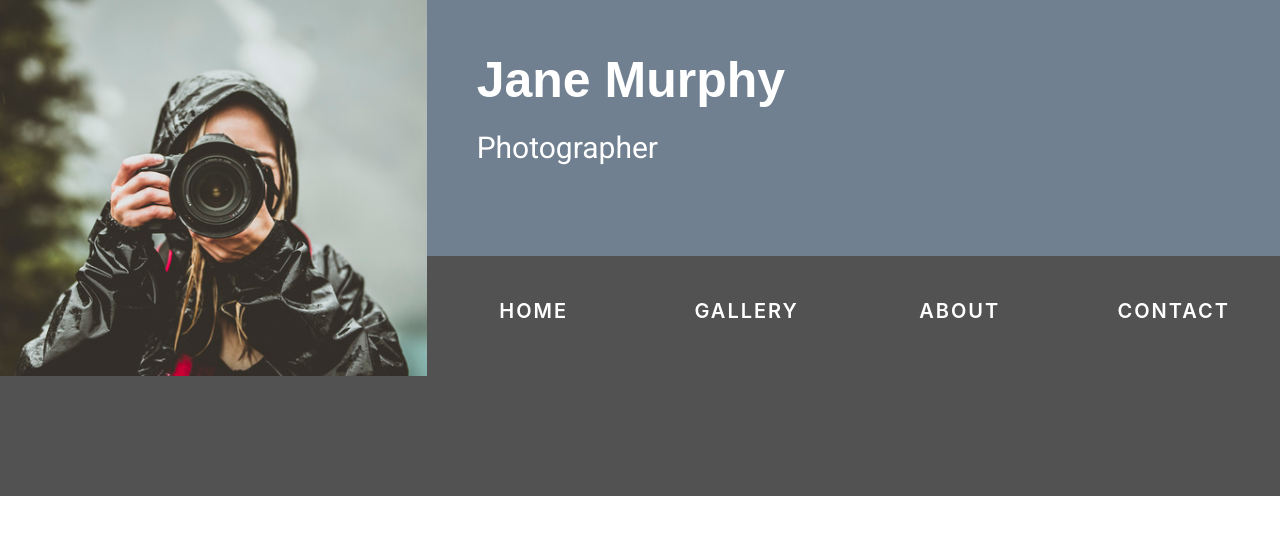
Repository: Code-Institute-Submissions/MrChrisRandall-milestone-1
Page: index.html
The author's editor kept a record of every edit. The page is drawn from the files as they stood at one moment, then again after the next edit.
The browser window is 1280 px wide. The pictures show the whole page.

Above is the page before.

After the next edit:
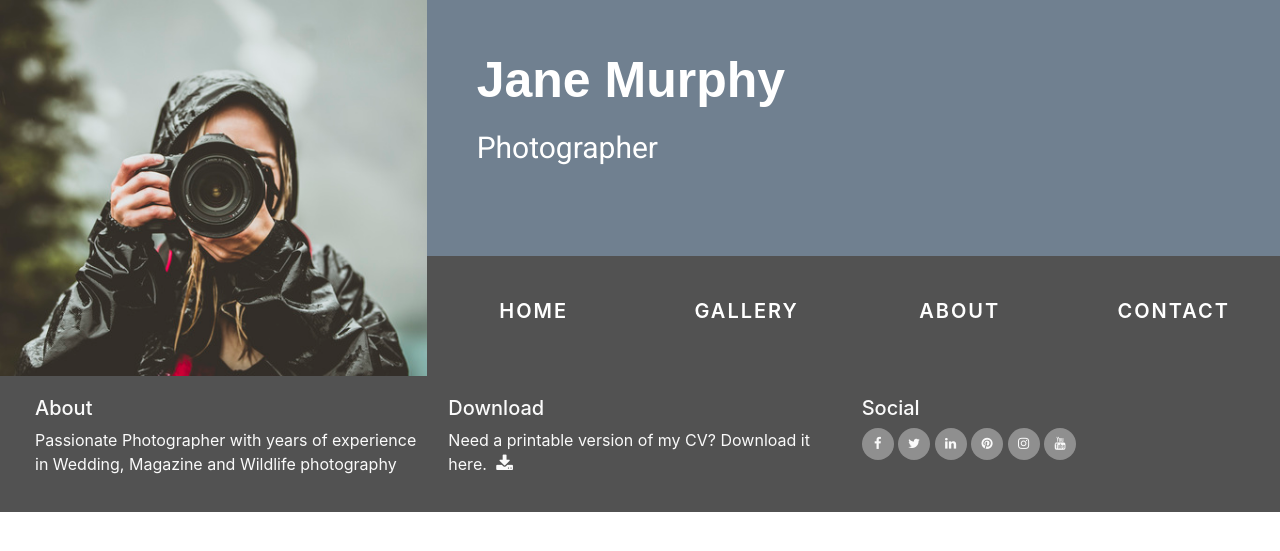
The edit:
--- a/index.html
+++ b/index.html
@@ -53,8 +53,66 @@
 
     </section>
 
-    <footer>
-
+    <footer class="container-fluid">
+        <div id="footer-details" class="row">
+            <div class="col-sm-4">
+                <h5 class="uppercase general-sub">About</h5>
+                <p class="inline-block">
+                    Passionate Photographer with years of experience in Wedding, Magazine and Wildlife photography
+                </p>
+            </div>
+            <div class="col-sm-4">
+                <h5 class="uppercase general-sub">Download</h5>
+                <p class="inline-block">
+                    Need a printable version of my CV? Download it here.
+                    <a href="assets/cv/sample-cv.pdf" target="_blank" class="cv-pdf">
+                        <i class="fa fa-download" aria-hidden="true"></i>
+                        <span class="sr-only">Download link.</span>
+                    </a>
+                </p>
+            </div>
+            <div class="col-sm-4">
+                <h5 class="uppercase general-sub">Social</h5>
+                <ul class="list-inline social-links">
+                    <li class="list-inline-item">
+                        <a target="_blank" href="#">
+                            <i class="fa fa-facebook" aria-hidden="true"></i>
+                            <span class="sr-only">Facebook</span>
+                        </a>
+                    </li>
+                    <li class="list-inline-item">
+                        <a target="_blank" href="#">
+                            <i class="fa fa-twitter" aria-hidden="true"></i>
+                            <span class="sr-only">Twitter</span>
+                        </a>
+                    </li>
+                    <li class="list-inline-item">
+                        <a target="_blank" href="#">
+                            <i class="fa fa-linkedin" aria-hidden="true"></i>
+                            <span class="sr-only">LinkedIn</span>
+                        </a>
+                    </li>
+                    <li class="list-inline-item">
+                        <a target="_blank" href="#">
+                            <i class="fa fa-pinterest" aria-hidden="true"></i>
+                            <span class="sr-only">Pinterest</span>
+                        </a>
+                    </li>
+                    <li class="list-inline-item">
+                        <a target="_blank" href="#">
+                            <i class="fa fa-instagram" aria-hidden="true"></i>
+                            <span class="sr-only">Instagram</span>
+                        </a>
+                    </li>
+                    <li class="list-inline-item">
+                        <a target="_blank" href="#">
+                            <i class="fa fa-youtube" aria-hidden="true"></i>
+                            <span class="sr-only">YouTube</span>
+                        </a>
+                    </li>
+                </ul>
+            </div>
+        </div>
     </footer>
 
 </body>
